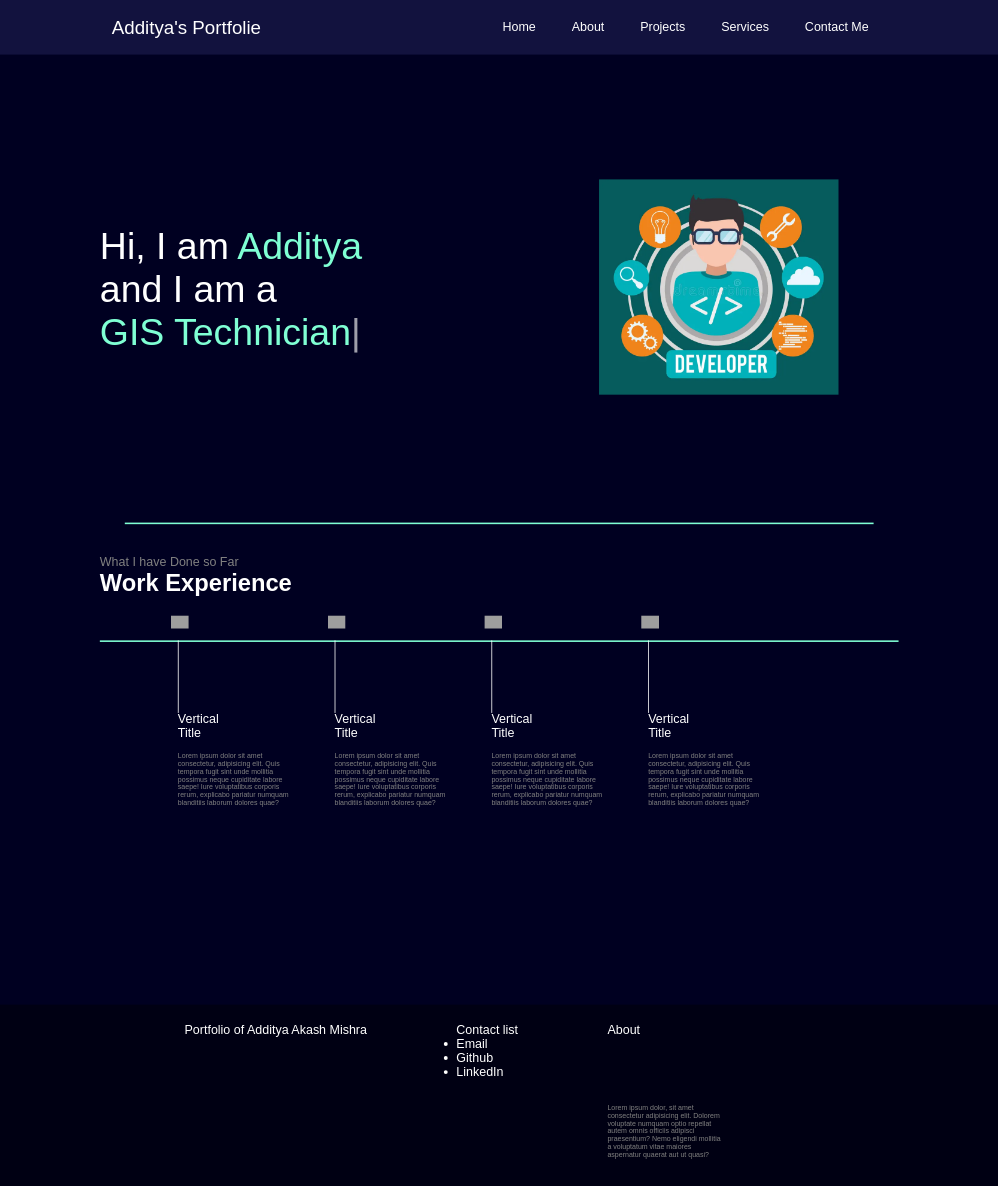
Repository: VictoriousMango/Portfolio
Page: index.html
These files come from the project's save history. The page is drawn as it stood at one moment and after the next save; the edit follows.
The browser window is 1280 px wide. The pictures show the whole page, at 78% of full size.
Pictures or frames that could not be fetched are drawn as grey boxes.

Above is the page before, as saved 2023-08-27 12:26:41.

After the next save:
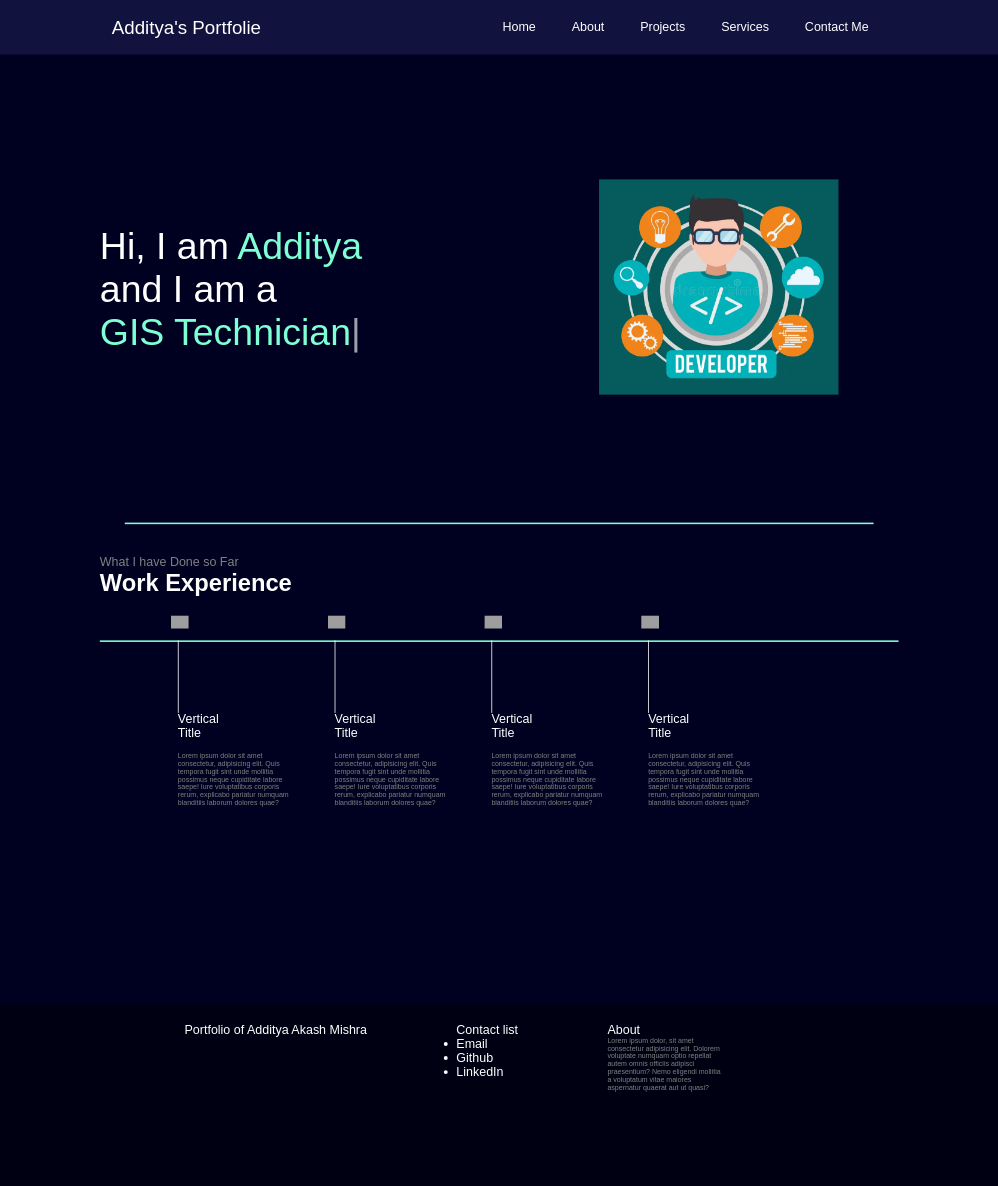
Saved 7 s later.
--- a/index.html
+++ b/index.html
@@ -153,7 +153,6 @@
         }
         .about{
             position: relative;
-            top: 86px;
             color: gray;
             width: 150px;
             font-size: 9px;
